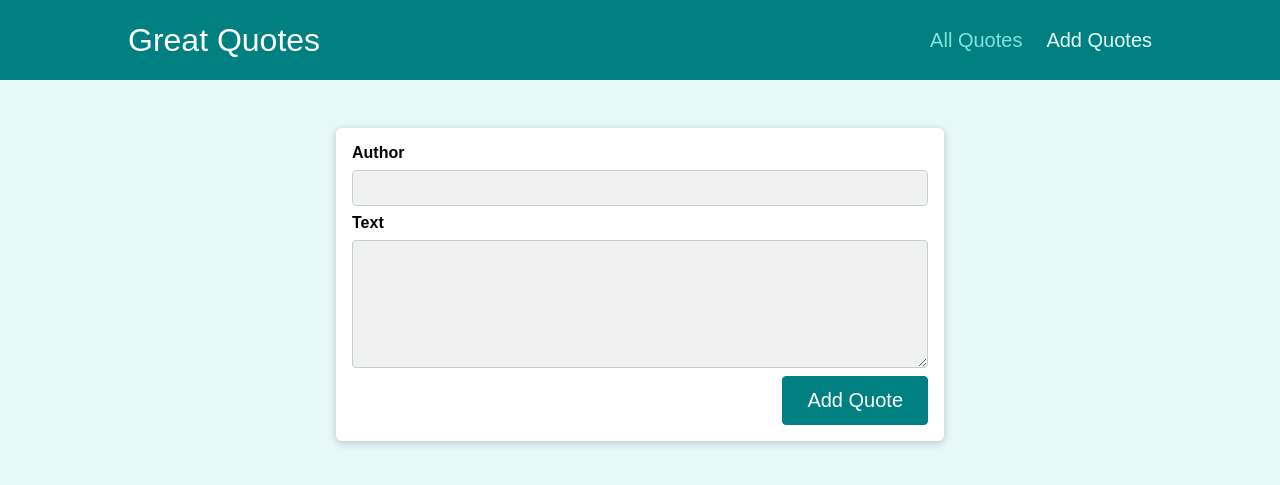
Repository: NamalPathirana/react-router-prac-two-demo
Page: /add-quotes
The author's editor kept a copy of each file at every save. The page is drawn from the files as they stood at one save, then again after the next save.
The browser window is 1280 px wide. The pictures show the whole page.
The project was rebuilt for these pictures with package versions that can differ from the ones it lists, and the page was loaded fresh each time. Also part of the build but not shown: src/components/UI/LoadingSpinner.module.css, src/components/UI/LoadingSpinner.js, src/components/comments/Comments.module.css, src/components/comments/NewCommentForm.module.css, src/components/comments/NewCommentForm.js, src/components/comments/Comments.js, src/components/pages/Quote-details.js, src/components/pages/Quotes.js.

Above is the page before, as saved 2022-04-18 18:14:44.

After the next save:
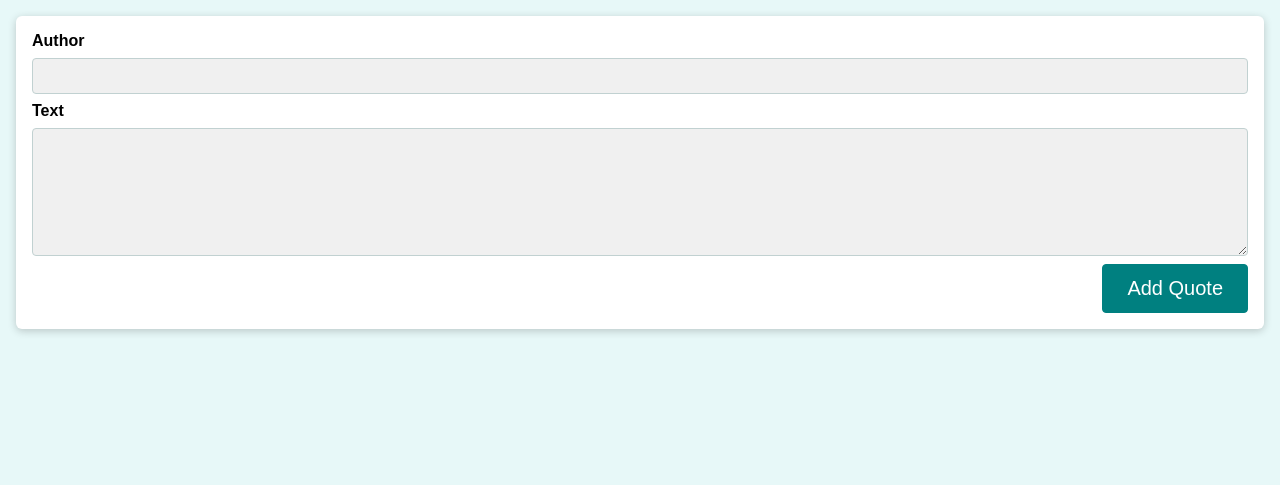
Saved 40 min 16 s later.
--- a/src/App.js
+++ b/src/App.js
@@ -9,8 +9,6 @@ import classes from "./Layout.module.css";
 function App() {
   return (
     <Fragment>
-      <Header></Header>
-      <main className={classes.main}>
         <Switch>
           <Route path="/" exact>
             <Redirect to="/quotes"></Redirect>
@@ -25,7 +23,6 @@ function App() {
             <AddQuotes></AddQuotes>
           </Route>
         </Switch>
-      </main>
     </Fragment>
   );
 }
